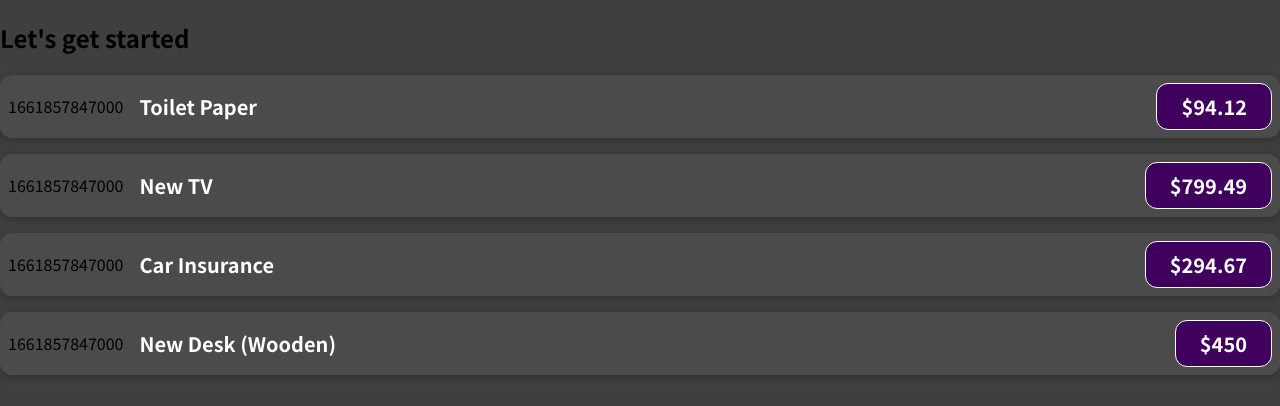
Repository: runner855/expense-tracker
Page: /
An editor plug-in stored every save of this project. The page is shown before and after a run of saves, followed by the edit.
The browser window is 1280 px wide. The pictures show the whole page.
The project was rebuilt for these pictures with package versions that can differ from the ones it lists, and the page was loaded fresh each time.

Above is the page before, as saved 2022-09-02 14:35:46.

### src/index.js
import React from 'react';
import ReactDOM from 'react-dom/client';
import expenses from './data/expenses.json';
import './styles/index.css';
import App from './components/App';

const root = ReactDOM.createRoot(document.getElementById('root'));
root.render(
  <React.StrictMode>
    <App expenses={expenses.expenses} />
  </React.StrictMode>
);

### src/data/expenses.json
{
  "expenses": [
    {
      "id": "e1",
      "title": "Toilet Paper",
      "amount": 94.12,
      "date": "new Date(2020, 7, 14)"
    },
    {
      "id": "e2",
      "title": "New TV",
      "amount": 799.49,
      "date": "new Date(2021, 2, 12)"
    },
    {
      "id": "e3",
      "title": "Car Insurance",
      "amount": 294.67,
      "date": "new Date(2021, 2, 28)"
    },
    {
      "id": "e4",
      "title": "New Desk (Wooden)",
      "amount": 450,
      "date": "new Date(2021, 5, 12)"
    }
  ]
}

### src/components/App.js
import React from 'react';
import ExpenseItem from '../components/ExpenseItem';


const App = (props) => {
  console.log(props)





  return (
    <div className="App">
      <h2>Let's get started</h2>
      <ExpenseItem date={props.expenses[0].date} title={props.expenses[0].title} amount={props.expenses[0].amount} />
      <ExpenseItem date={props.expenses[1].date} title={props.expenses[1].title} amount={props.expenses[1].amount} />
      <ExpenseItem date={props.expenses[2].date} title={props.expenses[2].title} amount={props.expenses[2].amount} />
      <ExpenseItem date={props.expenses[3].date} title={props.expenses[3].title} amount={props.expenses[3].amount} />






    </div>
  );
}

export default App;

### src/components/ExpenseItem.js
import React from 'react';
import '../styles/ExpenseItem.css'
import moment from 'moment';


const ExpenseItem = (props) => {

  const { date, title, amount } = props;

  return (
    <div className='expense-item'>
      <div className='expense-item__date'>
        {`${date}`, Date.now()}
      </div>
      <div className='expense-item__description'>
        <h2>{`${title}`}</h2>
        <div className='expense-item__price'>
          ${`${amount}`}
        </div>
      </div>
    </div>)
}

export default ExpenseItem;

### src/styles/ExpenseItem.css
.expense-item {
  display: flex;
  justify-content: space-between;
  align-items: center;
  box-shadow: 0 2px 8px rgba(0, 0, 0, 0.25);
  padding: 0.5rem;
  margin: 1rem 0;
  border-radius: 12px;
  background-color: #4b4b4b;
}

.expense-item__description {
  display: flex;
  flex-direction: column;
  gap: 1rem;
  align-items: flex-end;
  flex-flow: column-reverse;
  justify-content: flex-start;
  flex: 1;
}

.expense-item h2 {
  color: #3a3a3a;
  font-size: 1rem;
  flex: 1;
  margin: 0 1rem;
  color: white;
}

.expense-item__price {
  font-size: 1rem;
  font-weight: bold;
  color: white;
  background-color: #40005d;
  border: 1px solid white;
  padding: 0.5rem;
  border-radius: 12px;
}

@media (min-width: 580px) {
  .expense-item__description {
    flex-direction: row;
    align-items: center;
    justify-content: flex-start;
    flex: 1;
  }

  .expense-item__description h2 {
    font-size: 1.25rem;
  }

  .expense-item__price {
    font-size: 1.25rem;
    padding: 0.5rem 1.5rem;
  }
}

Loaded but not shown: public/index.html (common file); src/styles/index.css (common file)

After the next 3 saves:
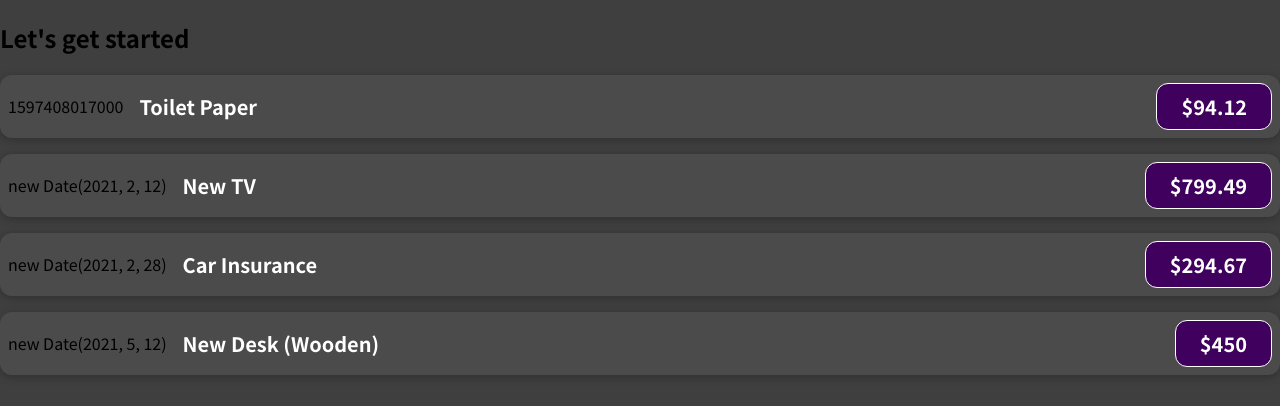
The 3 saves are shown as one change because 2 did not build or start.
The last was saved 3 min 9 s later.
--- a/src/data/expenses.json
+++ b/src/data/expenses.json
@@ -4,7 +4,7 @@
       "id": "e1",
       "title": "Toilet Paper",
       "amount": 94.12,
-      "date": "new Date(2020, 7, 14)"
+      "date": 1597408017000
     },
     {
       "id": "e2",
--- a/src/components/ExpenseItem.js
+++ b/src/components/ExpenseItem.js
@@ -10,7 +10,7 @@ const ExpenseItem = (props) => {
   return (
     <div className='expense-item'>
       <div className='expense-item__date'>
-        {`${date}`, Date.now()}
+        {`${date}`}
       </div>
       <div className='expense-item__description'>
         <h2>{`${title}`}</h2>
